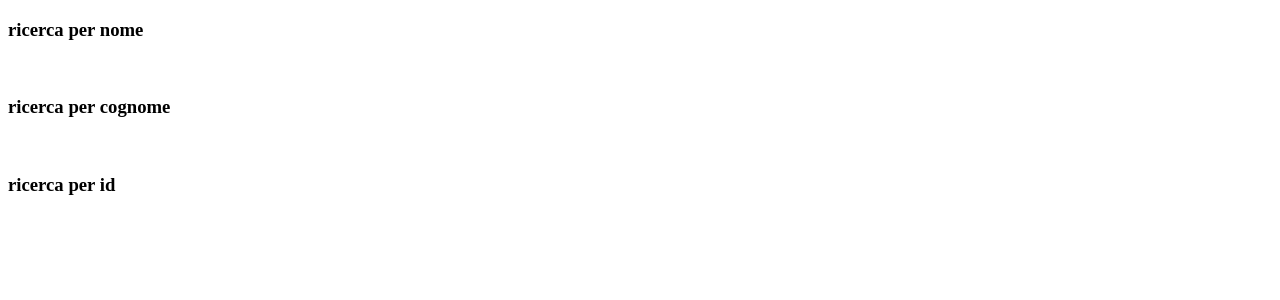
Repository: PcarloP/java_se
Page: http://localhost/anagraficaweb/jsp/dashboard.jsp
An editor plug-in stored every save of this project. The page is shown before and after a run of saves, followed by the edit.
The browser window is 1280 px wide. The pictures show the whole page.
The page is served by Tomcat 10.

Above is the page before, as saved 2025-06-22 11:31:39.

After the next 2 saves:
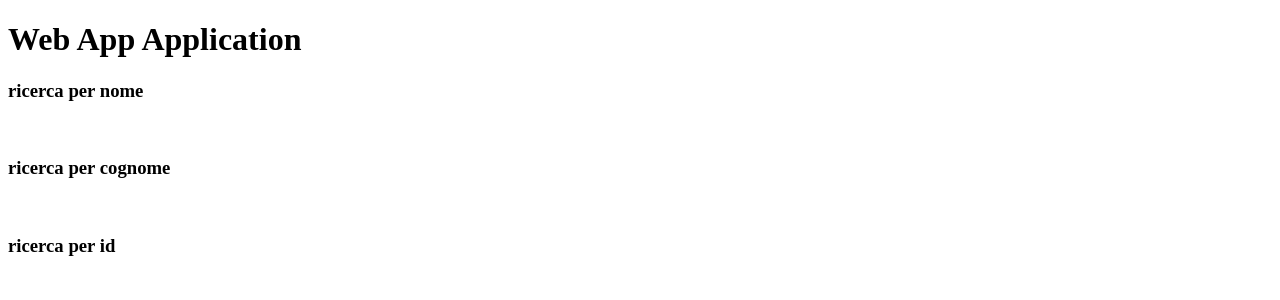
The 2 saves are shown as one change because they came seconds apart.
The last was saved 27 min 24 s later.
--- a/anagraficaweb/WebContent/jsp/dashboard.jsp
+++ b/anagraficaweb/WebContent/jsp/dashboard.jsp
@@ -5,6 +5,10 @@
     <title>dashboard</title>
 </head>
 <body>
+
+ <jsp:include page="header.jsp"/>
+
+
 
     <h3>ricerca per nome</h3>
     <br>
